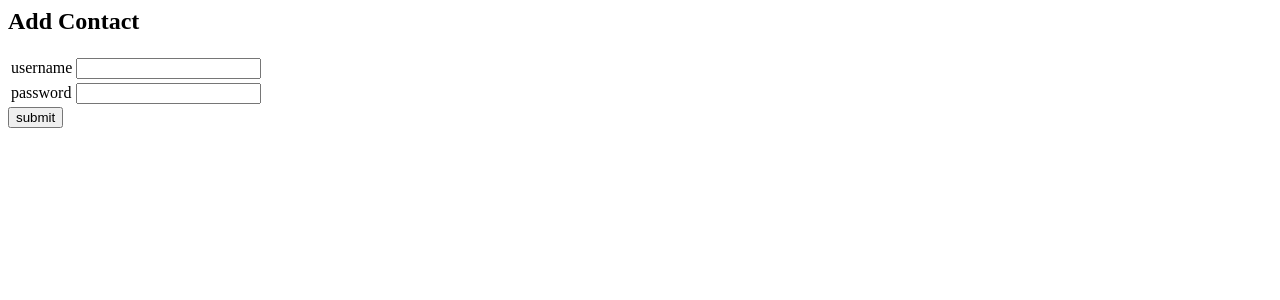
Repository: figo645/NewGenerationOA
Page: http://localhost/mavenweb/users/register.jsp
An editor plug-in stored every save of this project. The page is shown before and after the next save, followed by the edit.
The browser window is 1280 px wide. The pictures show the whole page.
The page is served by Tomcat 9. Nobody is signed in. The application's start-up code is not run.

Above is the page before, as saved 2015-09-26 18:45:29.

After the next save:
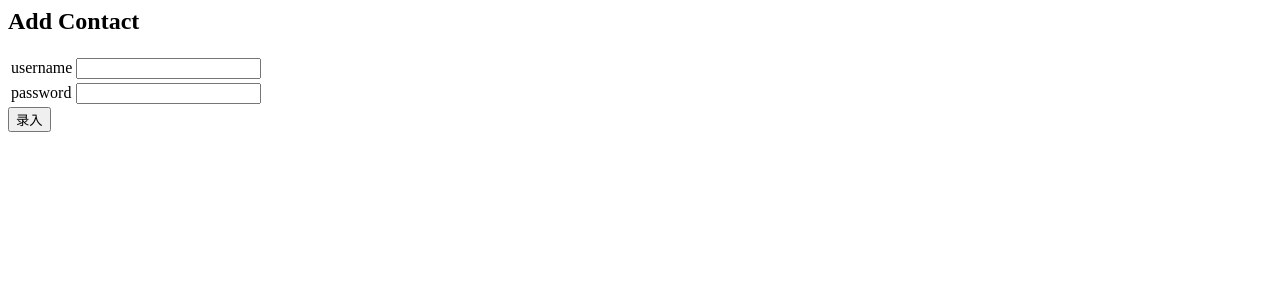
Saved 17 s later.
--- a/3.implementtation/prototype_ws/mavenweb/src/main/webapp/users/register.jsp
+++ b/3.implementtation/prototype_ws/mavenweb/src/main/webapp/users/register.jsp
@@ -15,7 +15,7 @@
 			</tr>
 
 		</table>
-		<input type="submit" name="" value="submit">
+		<input type="submit" name="register" value="录入">
 	</form>
 </body>
 </html>
